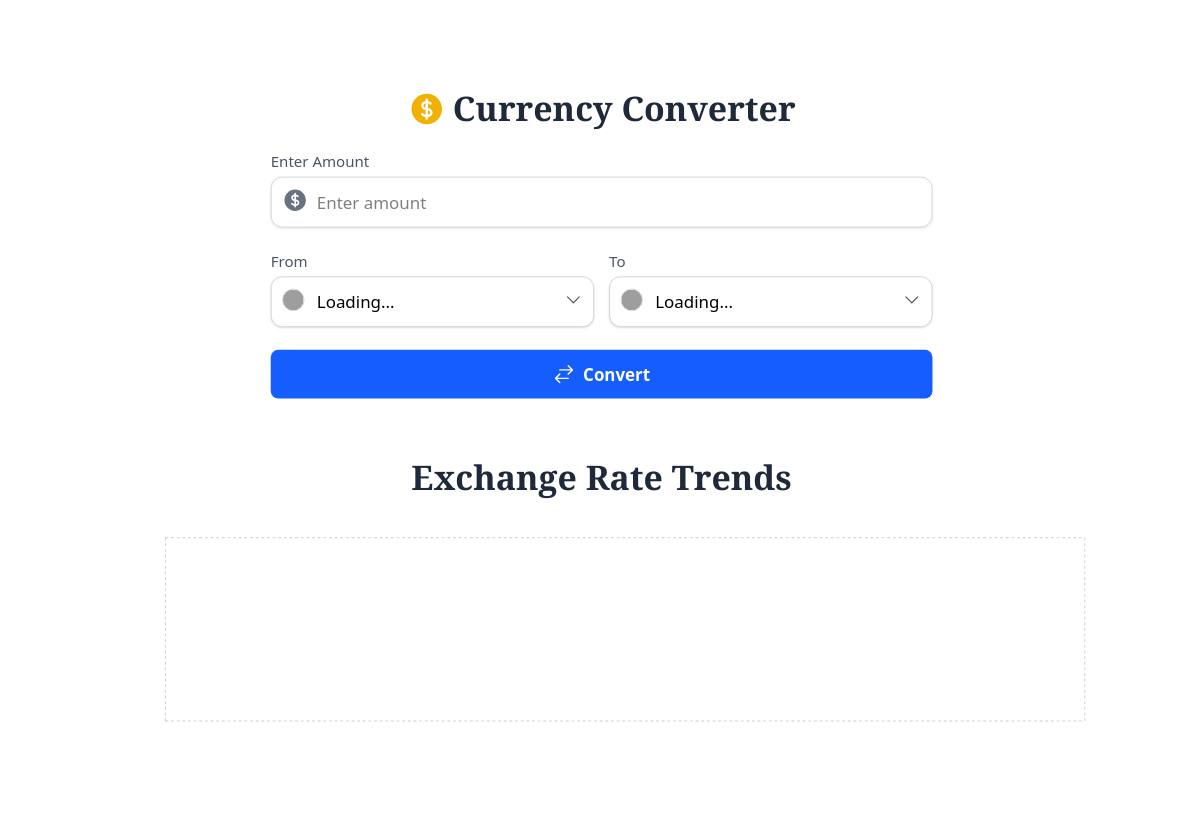
Repository: adrcstro/withcenter_developer_exam
Page: /
An editor plug-in stored every save of this project. The page is shown before and after the next save, followed by the edit.
The browser window is 1280 px wide. The pictures show the whole page, at 94% of full size.
Pictures or frames that could not be fetched are drawn as grey boxes. The page's requests for data from a server got no answer. The project was rebuilt for these pictures with package versions that can differ from the ones it lists, and the page was loaded fresh each time. No one was signed in, and anything a server would have sent is missing. Also part of the build but not shown: vite.config.ts.

Above is the page before, as saved 2025-03-18 16:38:03.

After the next save:
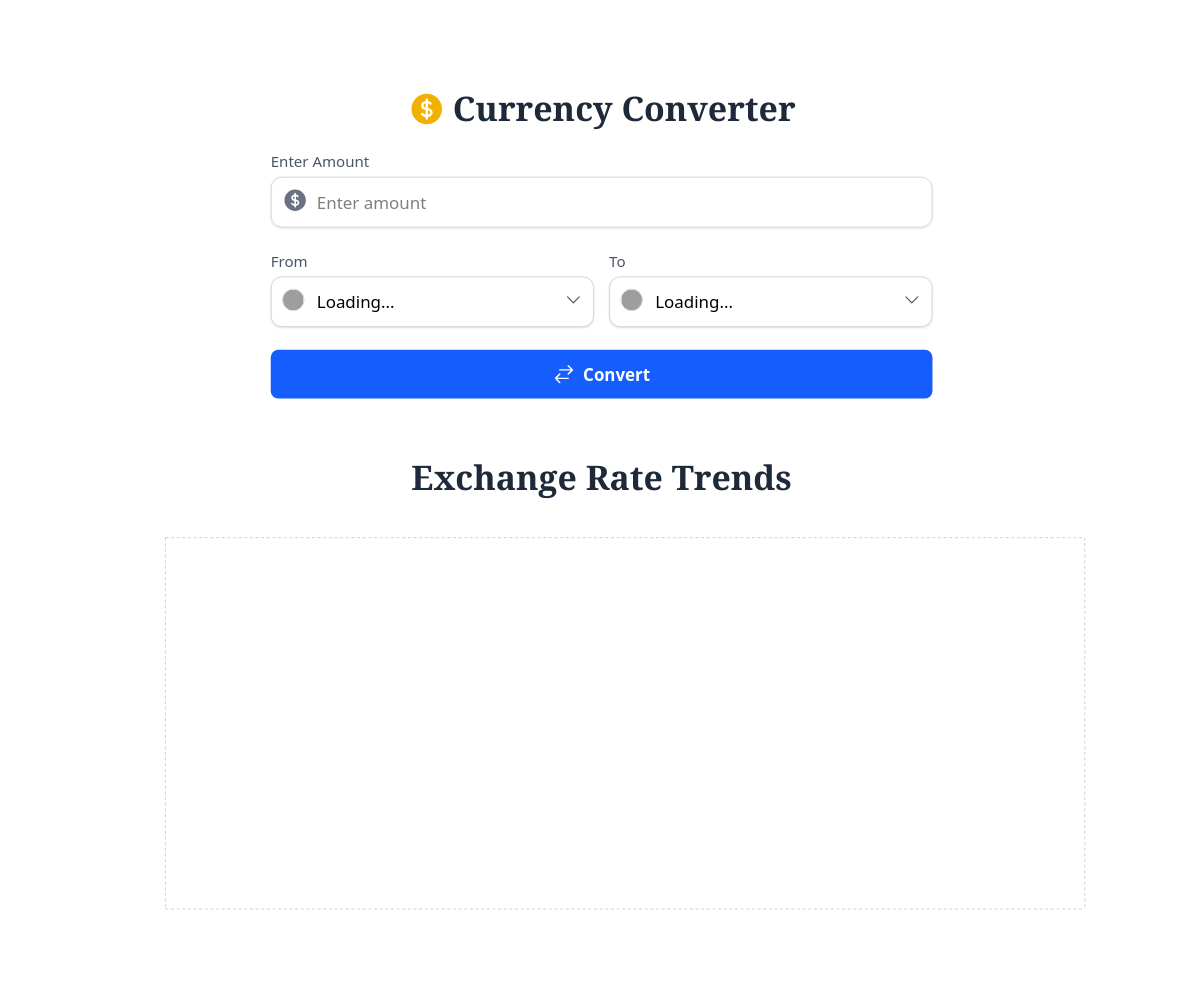
Saved 8 min 11 s later.
--- a/src/App.tsx
+++ b/src/App.tsx
@@ -164,7 +164,7 @@ function CurrencyConverter() {
       <h2 className="text-3xl md:text-4xl font-serif font-semibold text-gray-800 text-center mb-4 md:mb-6 flex items-center justify-center gap-2">
         Exchange Rate Trends
       </h2>
-      <ResponsiveContainer width="100%" height={250}>
+      <ResponsiveContainer width="100%" height={450}>
         <AreaChart data={chartData} margin={{ top: 20, right: 30, left: 20, bottom: 5 }}>
           <CartesianGrid strokeDasharray="3 3" />
           <XAxis dataKey="currency" />
